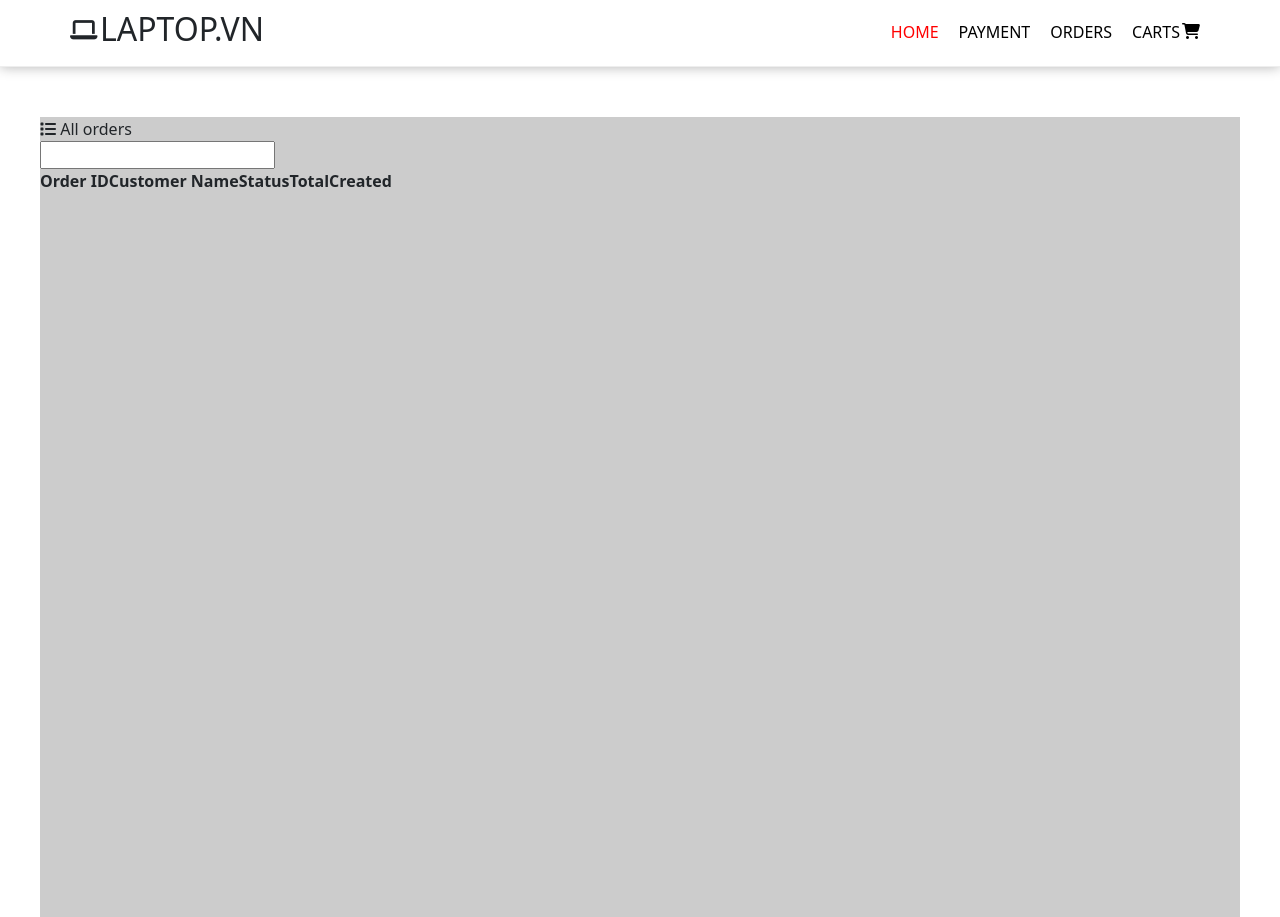
Repository: nguyenhaidang212/danh-sach-ban-hang
Page: index.html
An editor plug-in stored every save of this project. The page is shown before and after the next save, followed by the edit.
The browser window is 1280 px wide. The pictures show the whole page.
The page's requests for data from a server got no answer. Some web libraries are served in a nearby version.

Above is the page before, as saved 2023-02-26 17:09:01.
Console error: TypeError: Cannot read properties of null (reading 'forEach')

### index.html
<!DOCTYPE html>
<html lang="en">
  <head>
    <meta charset="UTF-8" />
    <meta http-equiv="X-UA-Compatible" content="IE=edge" />
    <meta name="viewport" content="width=device-width, initial-scale=1.0" />
    <title>LaptopSHOP</title>
    <script
      src="https://kit.fontawesome.com/2568d54abe.js"
      crossorigin="anonymous"
    ></script>
    <link
      href="https://cdn.jsdelivr.net/npm/bootstrap@5.3.0-alpha1/dist/css/bootstrap.min.css"
      rel="stylesheet"
      integrity="sha384-GLhlTQ8iRABdZLl6O3oVMWSktQOp6b7In1Zl3/Jr59b6EGGoI1aFkw7cmDA6j6gD"
      crossorigin="anonymous"
    />
    <script
      src="https://cdn.jsdelivr.net/npm/bootstrap@5.3.0-alpha1/dist/js/bootstrap.bundle.min.js"
      integrity="sha384-w76AqPfDkMBDXo30jS1Sgez6pr3x5MlQ1ZAGC+nuZB+EYdgRZgiwxhTBTkF7CXvN"
      crossorigin="anonymous"
    ></script>
    <link rel="stylesheet" href="style.css" />
  </head>
  <body>
    <header>
      <div class="header">
        <div class="header-title">
          <i class="fa-solid fa-laptop header-icon-title"></i>
          <h2>LAPTOP.VN</h2>
        </div>
        <div class="header-menu">
          <div class="menu-link header-menu-home">
            <span class="none home" href="">HOME</span>
          </div>
          <div class="menu-link header-menu-about">
            <span class="none payment" href="">PAYMENT</span>
          </div>
          <div class="menu-link header-menu-order">
            <span class="none order" href="">ORDERS</span>
          </div>
          <div class="menu-link carts header-menu-bill">
            <span class="none buy_display" href="">CARTS</span>
            <i class="fas fa-shopping-cart buy_display buy_icon"> </i>
          </div>
          <div class="buy_count" style="display: none"></div>
          <div class="line"></div>
        </div>
      </div>
    </header>
    <!-- Trang giao dien -->
    <main class="main_menu" style="display: none">
      <div class="list"></div>
    </main>
    <!-- Trang danh sach -->
    <main class="main_buy" style="display: none">
      <div class="title">
        <span>Product Name</span><span>Quantity</span><span>Subtotal</span
        ><span>Total</span><span>Clear Cart</span>
      </div>
      <div class="img" style="display: none">
        <img src="./imgs/117-1170538_404-your-cart-is-empty.png" alt="" />
      </div>
      <div class="info"></div>
      <div class="buy">
        <button id="back" class="back">Back to Shopping</button>
        <div class="total">
          <strong>Total: $</strong>
          <div class="bill"></div>
          <button id="buy">Buy</button>
        </div>
      </div>
    </main>
    <!-- Trang thong tin -->
    <main class="main_info" style="display: none">
      <div class="buy_form">
        <div class="form_title">
          <h1>Thông tin người mua</h1>
          <i class="fa-solid fa-circle-xmark close"></i>
        </div>
        <div class="form_content">
          <div class="form_grid">
            <div class="username">
              <div class="form_wrong"></div>
              <div class="input-group mb-3">
                <span class="input-group-text" id="basic-addon1">Họ</span>
                <input
                  type="text"
                  class="form-control form_username"
                  aria-label="Username"
                  aria-describedby="basic-addon1"
                />
              </div>
              <div class="form_wrong"></div>
              <div class="input-group mb-3">
                <span class="input-group-text" id="basic-addon1">Tên</span>
                <input
                  type="text"
                  class="form-control form_username2"
                  aria-label="Username"
                  aria-describedby="basic-addon1"
                />
              </div>
            </div>
            <div class="form_wrong"></div>
            <div class="input-group mb-3">
              <span class="input-group-text" id="basic-addon1">Email</span>
              <input
                type="text"
                class="form-control form_email"
                aria-label="Username"
                aria-describedby="basic-addon1"
              />
            </div>
            <div class="form_wrong"></div>
            <div class="input-group mb-3">
              <span class="input-group-text" id="basic-addon1"
                >Số điện thoại</span
              >
              <input
                type="text"
                class="form-control form_number"
                aria-label="Username"
                aria-describedby="basic-addon1"
              />
            </div>
            <div id="address">Địa chỉ</div>
            <div class="form_wrong form_address"></div>
            <div class="address">
              <select
                class="form-select select-city"
                aria-label="Default select example"
              >
                <option selected value="" class="option-city">
                  --Chọn Tỉnh/Thành phố--
                </option>
              </select>
              <select
                class="form-select select-district"
                aria-label="Default select example"
              >
                <option selected>--Chọn Huyện/Quận--</option>
              </select>
              <select
                class="form-select select-ward"
                aria-label="Default select example"
              >
                <option selected>--Chọn Xã--</option>
              </select>
            </div>
            <div class="form_wrong"></div>
            <div class="input-group mb-3">
              <input
                type="text"
                class="form-control form_home"
                placeholder="Số nhà"
                aria-label="Username"
                aria-describedby="basic-addon1"
              />
            </div>
            <div class="form-floating">
              <textarea
                class="form-control form_message"
                placeholder="Leave a comment here"
                id="floatingTextarea2"
                style="height: 100px"
              ></textarea>
              <label for="floatingTextarea2">Lời nhắn</label>
            </div>
          </div>
        </div>
        <div class="confirm">
          <button type="button" class="btn btn-danger cancer">Hủy</button>
          <button type="button" class="btn btn-primary show btn-confirm">
            Trang thanh toán
          </button>
        </div>
      </div>
    </main>
    <!-- Trang thanh toan -->
    <main class="main_confirm" style="display: none">
      <div class="confirm_grid">
        <div class="confirm_title">
          <strong>Code</strong>
        </div>
        <div class="confirm_title"><strong>Customer Name</strong></div>
        <div class="confirm_title"><strong>Date</strong></div>
        <div class="confirm_title"><strong>Item Numbers</strong></div>
        <div class="confirm_title"><strong>Total Quantity</strong></div>
        <div class="confirm_title"><strong>Totol Price</strong></div>
        <div class="confirm_title"><strong>Return</strong></div>
      </div>
      <div class="confirm_item_buy" style="display: none">
        <i class="fa-solid fa-circle-xmark close_list"></i>
        <div class="item_buy_title">
          <strong>Name</strong> <strong>Price</strong><strong>Quantity</strong>
        </div>
      </div>
      <div class="confirm_btn">
        <button class="back" id="back2">Back to Shopping</button>
        <button class="finish" id="">Xác nhận</button>
      </div>
      <div class="max_item"></div>
    </main>
    <!-- Don hang thanh cong -->
    <div class="success" style="display: none">
      Bạn đã mua hàng thành công !
    </div>
    <!-- Trang danh sach don hang -->
    <main id="order">
      <div class="order-title">
        <i class="fa-solid fa-list"></i>
        <span>All orders</span>
      </div>
      <input type="search" />
      <div class="order-gird">
        <strong>Order ID</strong><strong>Customer Name</strong
        ><strong>Status</strong><strong>Total</strong><strong>Created</strong>
      </div>
    </main>
    <script src="main.js"></script>
    <script src="api.js"></script>
    <script src="style.js"></script>
  </body>
</html>

### style.css
* {
  padding: 0;
  margin: 0;
  box-sizing: border-box;
}
.form {
  display: inline-grid;
  grid-template-columns: 150px 150px 150px 150px;
  column-gap: 20px;
  row-gap: 20px;
  text-align: center;
  margin-bottom: 20px;
}
/* header */
.header {
  display: flex;
  border-bottom: 1px solid #eee;
  width: 100%;
  padding: 10px 100px 10px;
  justify-content: space-between;
  box-shadow: 0 0 12px 0 rgba(0, 0, 0, 0.3);
}
.header-title {
  display: flex;
  font-size: 20px;
}
.header-icon-title {
  position: absolute;
  left: 70px;
  top: 19px;
  font-size: 22px;
}
.none {
  cursor: pointer;
}
.header-menu {
  display: flex;
  grid-template-columns: 50px 50px 50px 50px;
  column-gap: 20px;
  margin-top: 10px;
  position: relative;
}
li {
  list-style: none;
}
li:hover {
  cursor: pointer;
}
.line {
  height: 2px;
  background-color: red;
  position: fixed;
  pointer-events: none;
  transition: all 0.2s linear;
}
.home {
  color: red;
}
/* .header-menu::after {
  width: 40px;
  height: 2px;
  background-color: red;
  content: "";
  position: absolute;
  top: 30px;
  left: 0;
  transition: transform linear 0.1s;
} */

.header-menu {
  text-decoration: none;
  color: black;
  position: relative;
}
.buy_count {
  width: 24px;
  height: 24px;
  padding: 4px;
  background-color: red;
  position: absolute;
  border-radius: 50%;
  right: -36px;
  border: 2px solid #fff;
  top: -12px;
  color: white;
  line-height: 12px;
  font-size: 12px;
  text-align: center;
}
/* main_menu */
main {
  width: 1200px;
  margin: 20px auto;
}
.list {
  display: grid;
  margin: 0 225px;
  grid-template-columns: 180px 180px 180px 180px;
  column-gap: 10px;
  row-gap: 20px;
  text-align: center;
}
.item {
  border: 2px solid #eee;
  position: relative;
  z-index: 1;
  box-shadow: 0 1px 2px 0 rgba(0, 0, 0, 0.1);
  transition: transform linear 0.1s;
  /* max-height: 200px;
  overflow: hidden; */
}
.item:hover {
  box-shadow: 0 1px 20px 0 rgba(0, 0, 0, 0.05);
  transform: translateY(-1px);
}
.item-imgs {
  width: 100%;
  height: 180px;
  display: flex;
  justify-content: center;
  align-items: center;
  margin-bottom: 8px;
  overflow: hidden;
}
.item-img {
  text-align: center;
  width: 100%;
}
.item-title {
  font-weight: 600;
  margin-bottom: 4px;
  padding: 0 8px;
  height: 40px;
  line-height: 20px;
  font-size: 18px;
  overflow: hidden;
  display: block;
  display: -webkit-box;
  -webkit-box-orient: vertical;
  -webkit-line-clamp: 2;
}
.item-info {
  display: flex;
  justify-content: space-between;
  margin: 5px;
  padding: 0 10px;
  font-size: 12px;
}
.item-icon {
  position: absolute;
  border-radius: 50%;
  width: 30px;
  height: 30px;
  line-height: 30px;
  bottom: 36px;
  right: -4px;
}
.item-add {
  color: #fe6332;
  cursor: pointer;
  position: absolute;
  top: -15px;
  right: 8px;
}
.buy_display {
  cursor: pointer;
}
.buy_icon {
  position: absolute;
  right: -20px;
  top: 3px;
}
/* main_buy */
.back,
.finish {
  background-color: #fe6332;
  color: white;
  border-radius: 4px;
  width: 200px;
  height: 30px;
  border: none;
  cursor: pointer;
}
#buy {
  background-color: #27aa99;
  color: white;
  border-radius: 4px;
  width: 50px;
  height: 30px;
  border: none;
  cursor: pointer;
}
.title {
  display: grid;
  grid-template-columns: 600px 200px 100px 100px 100px;
  text-align: center;
  margin-bottom: 20px;
  font-weight: 700;
}
.list_buy {
  display: flex;
  text-align: center;
  margin-bottom: 12px;
  max-height: 400px;
}
.buy-name {
  width: 600px;
  height: 30px;
  text-align: left;
  line-height: 30px;
  display: -webkit-box;
  -webkit-box-orient: vertical;
  overflow: hidden;
  -webkit-line-clamp: 1;
  margin-right: 45px;
}
.buy-quality {
  width: 150px;
  display: grid;
  grid-template-columns: 30px 50px 20px;
}
.buy-price,
.buy-del,
.buy-sum,
.return_item {
  width: 100px;
}
.buy-price {
  margin-right: 8px;
}
.buy {
  margin: auto;
  display: flex;
  justify-content: space-between;
  margin-top: 50px;
}
#buy {
  margin-right: 40px;
}
.img {
  text-align: center;
}
.buy-del,
.return_item {
  color: red;
  cursor: pointer;
}
.plus-icon,
.minus-icon {
  /* margin: 0 24px; */
  cursor: pointer;
  border: 1px solid #eee;
  padding: 4px;
  border-radius: 50%;
  height: 30px;
  width: 30px;
}
.plus-icon:hover {
  background-color: #fe6332;
}
.minus-icon:hover {
  background-color: #27aa99;
}
.total {
  display: flex;
  align-items: center;
}
.bill {
  margin-right: 30px;
}
/* Trang thanh toan */
.buy_form {
  border: 1px solid rgba(128, 128, 128, 1);
  margin: 0 auto;
  background-color: white;
}
.form_title {
  display: flex;
  justify-content: space-between;
  margin: 20px;
}
.form_content {
  border-top: 1px solid #eee;
  border-bottom: 1px solid #eee;
  padding: 30px 20px;
}
.form_com .username {
  display: flex;
  justify-content: space-between;
  column-gap: 20px;
}
.address {
  display: flex;
  justify-content: space-between;
}
.dropdown {
  text-align: center;
  margin-bottom: 10px;
}
.form_title i {
  cursor: pointer;
}
.confirm {
  text-align: right;
  padding: 20px;
}
.close:hover {
  opacity: 0.8;
}
.form-select {
  width: 300px;
  text-align: center;
}
.form_wrong {
  color: red;
  font-size: 15px;
}
.address {
  margin-bottom: 12px;
}
/* Trang thanh toan */
.confirm_grid {
  display: grid;
  text-align: center;
  grid-template-columns: 150px 250px 100px 200px 200px 200px 100px;
  grid-template-rows: 20px;
  row-gap: 12px;
}
.confirm_name {
  height: 20px;
  line-height: 20px;
  overflow: hidden;
  text-overflow: ellipsis;
}
#back2,
.finish {
  margin-top: 12px;
}
.details {
  color: blue;
  cursor: pointer;
}
.details:hover {
  text-decoration: underline;
}
.confirm_item_buy {
  width: 600px;
  margin: 12px;
  padding: 8px;
  border: 1px solid #eee;
  border-radius: 4px;
}
.item_buy,
.item_buy_title {
  display: grid;
  grid-template-columns: 50% 25% 25%;
  column-gap: 8px;
  row-gap: 8px;
  text-align: center;
}
.item_buy_name {
  height: 50px;
  line-height: 25px;
  overflow: hidden;
  display: -webkit-box;
  -webkit-box-orient: vertical;
  -webkit-line-clamp: 2;
}
.close_list {
  cursor: pointer;
}
.close_list:hover {
  opacity: 0.8;
}
.max_item {
  text-align: center;
  color: red;
  font-size: 20px;
  margin: 12px;
  margin-top: 30px;
}
.confirm_btn {
  display: flex;
  justify-content: space-between;
  margin-top: 12px;
}
.finish {
  background-color: #198754;
  width: max-content;
  padding: 0 12px;
}
.back:hover {
  opacity: 0.8;
}
.finish:hover {
  opacity: 0.8;
}
.info {
  color: red;
  font-size: 20px;
  text-align: center;
  margin-top: 12px;
}
/* Success */
.success {
  font-size: 20px;
  font-weight: 600;
  color: white;
  background-color: #0d6efd;
  width: max-content;
  margin: 200px auto;
  text-align: center;
  padding: 20px;
  border-radius: 8px;
  cursor: pointer;
}
/* Trang danh sach don hang */
#order {
  width: 1200px;
  height: 800px;
  margin: auto;
  margin-top: 50px;
  background-color: #ccc;
}

### style.js
const menu = document.querySelectorAll(".menu-link");
const line = document.querySelector(".line");
menu.forEach((e) => {
  e.addEventListener("mouseenter", (e) => {
    const { left, top, width, height } = e.target.getBoundingClientRect();
    const offSetBottom = -2;
    line.style.width = `${width}px`;
    line.style.left = `${left}px`;
    line.style.top = `${top + height + offSetBottom}px`;
  });
});
document.querySelector(".header-menu").addEventListener("mouseleave", (e) => {
  line.style.width = 0;
});

Loaded but not shown: main.js (571 lines, source omitted); api.js (394 lines, source omitted)

After the next save:
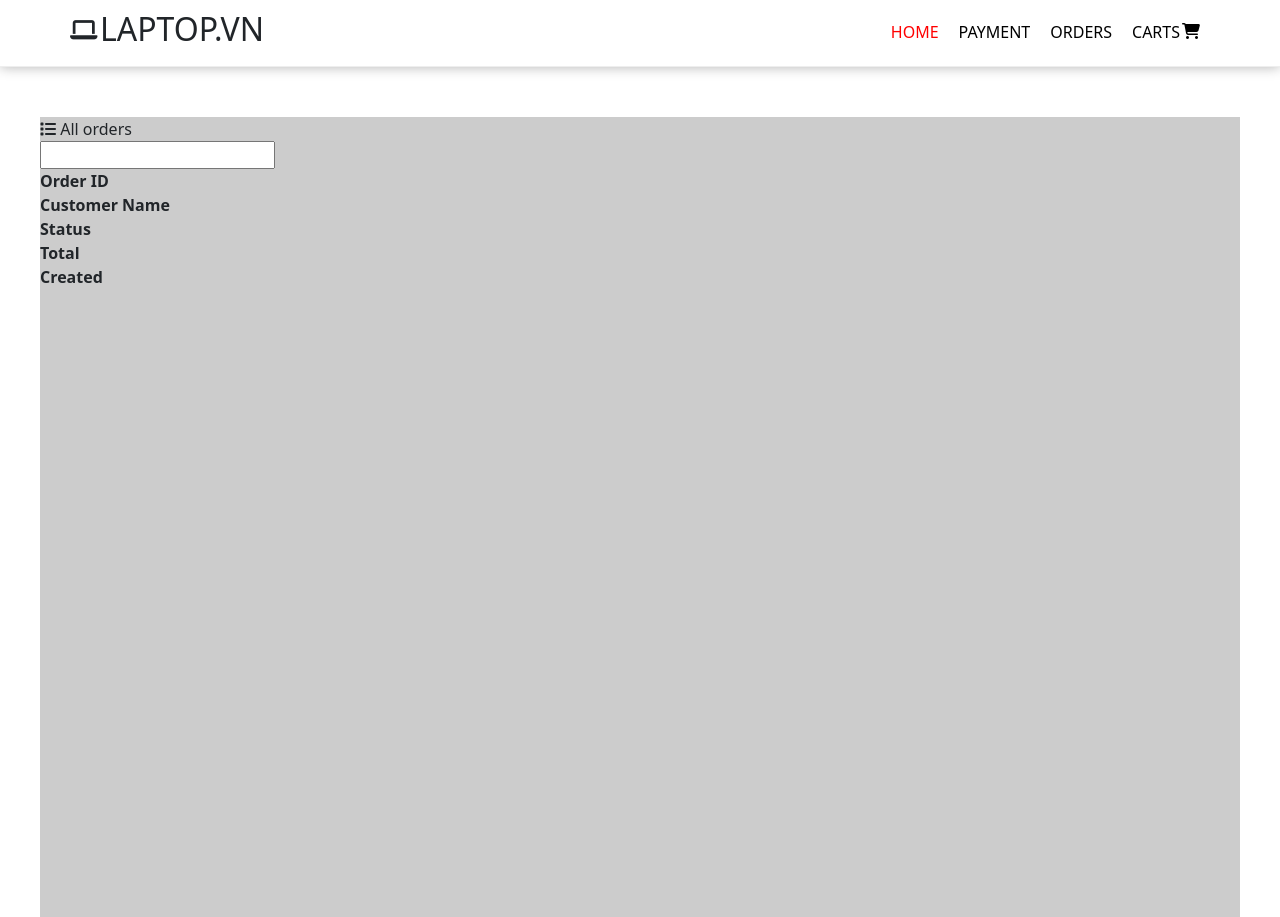
Saved 23 s later.
--- a/style.css
+++ b/style.css
@@ -422,3 +422,6 @@
   margin-top: 50px;
   background-color: #ccc;
 }
+.order-gird {
+  display: grid;
+}

After the save that followed:
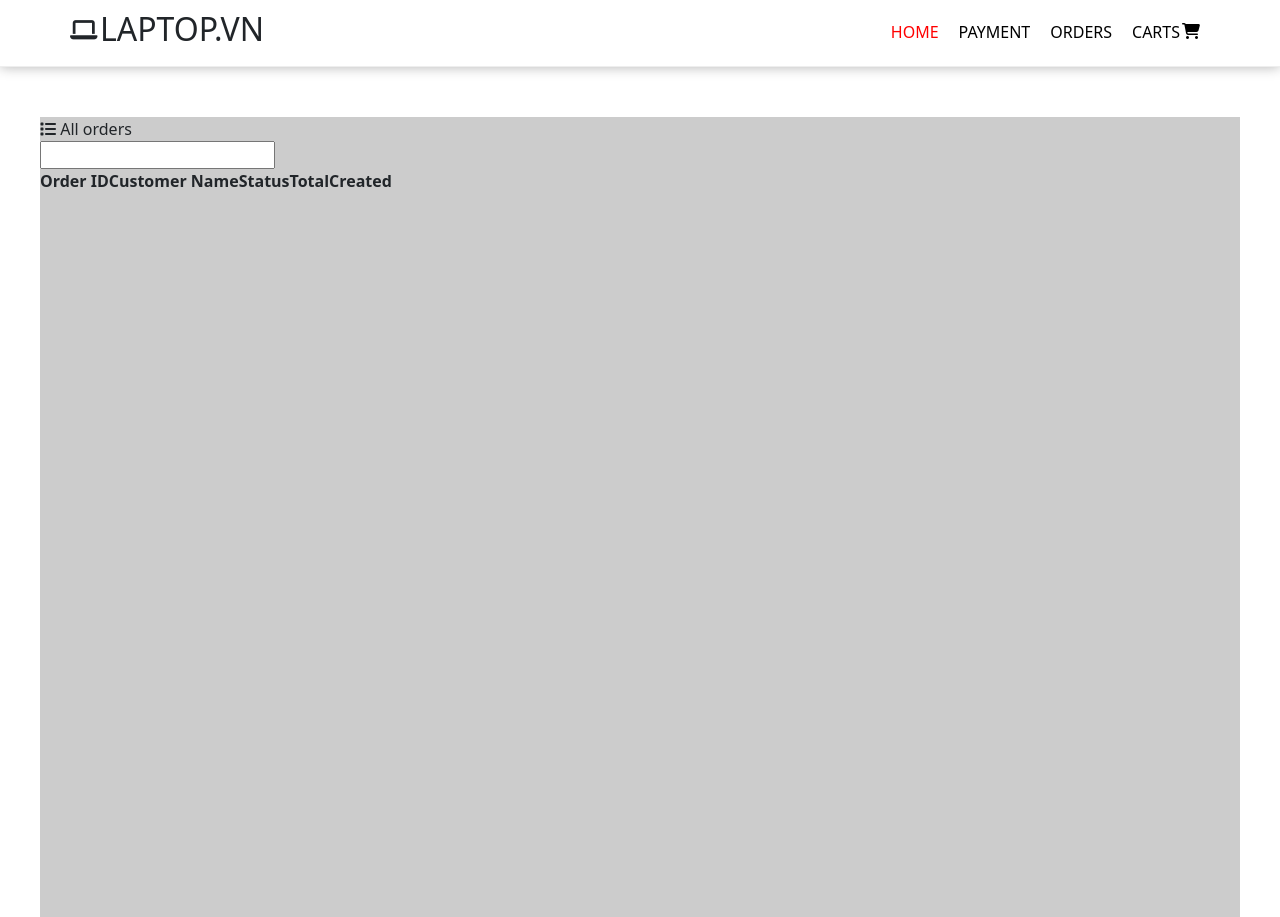
Saved 10 s later.
--- a/style.css
+++ b/style.css
@@ -423,5 +423,5 @@
   background-color: #ccc;
 }
 .order-gird {
-  display: grid;
-}
+  display: flex;
+}
